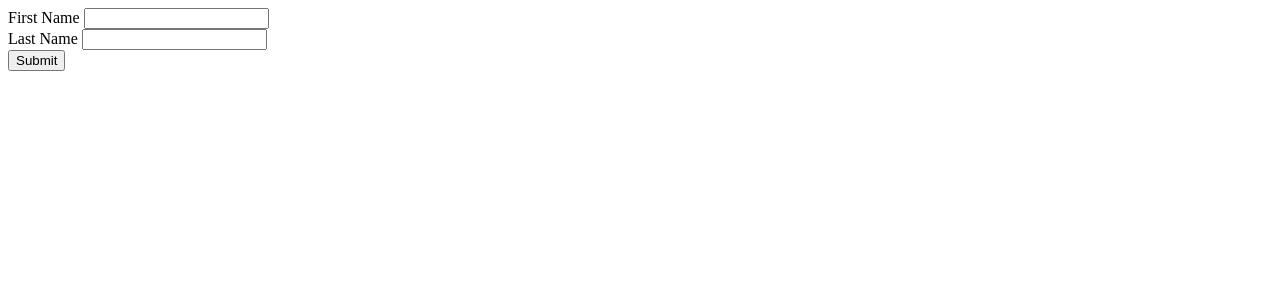
Repository: RG4025/AdvanceJava
Page: ClassWorkFeb15/src/main/webapp/GrossSalary.html
An editor plug-in stored every save of this project. The page is shown before and after a run of saves, followed by the edit.
The browser window is 1280 px wide. The pictures show the whole page.

Above is the page before, as saved 2024-02-15 07:05:47.

### ClassWorkFeb15/src/main/webapp/GrossSalary.html
<!DOCTYPE html>
<html>
<head>
<meta charset="ISO-8859-1">
<title>Insert title here</title>
</head>
<body>

		<section class=" Main bg-dark text-light h-100 w-100 d-flex justify-content-center align-items-center">

		<div class="Main2 container ">
			<form class="col-12 col-md-6" method="post" action="MainFirst">
					  <div class="mb-3">
					    <label for="exampleInputEmail1" class="form-label">First Name</label>
					    <input type="text" class="form-control" name="FName">

					  <div class="mb-3">
					    <label for="exampleInputPassword1" class="form-label">Last Name</label>
					    <input type="text" class="form-control" name="LName">
					  </div>



					  <button type="submit" class="btn btn-primary">Submit</button>
			</form>

		</div>
	</section>

</body>
</html>

After the next 2 saves:
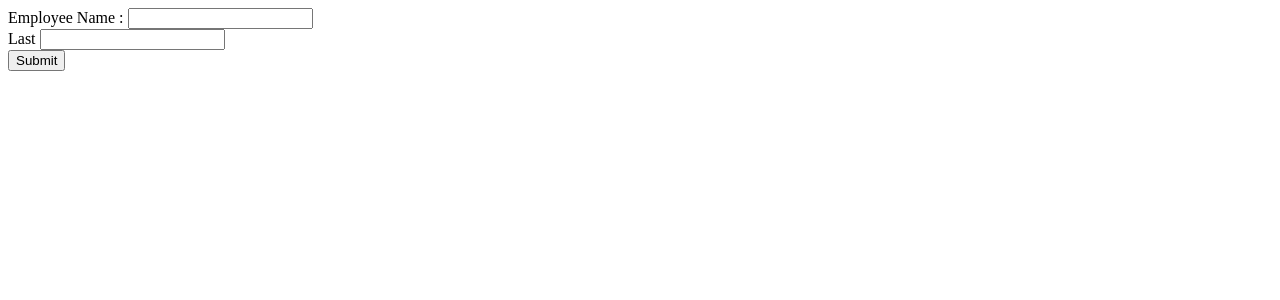
The 2 saves are shown as one change because they came seconds apart.
The last was saved 14 s later.
--- a/ClassWorkFeb15/src/main/webapp/GrossSalary.html
+++ b/ClassWorkFeb15/src/main/webapp/GrossSalary.html
@@ -11,11 +11,11 @@
 		<div class="Main2 container ">
 			<form class="col-12 col-md-6" method="post" action="MainFirst">
 					  <div class="mb-3">
-					    <label for="exampleInputEmail1" class="form-label">First Name</label>
+					    <label for="exampleInputEmail1" class="form-label">Employee Name :</label>
 					    <input type="text" class="form-control" name="FName">
 
 					  <div class="mb-3">
-					    <label for="exampleInputPassword1" class="form-label">Last Name</label>
+					    <label for="exampleInputPassword1" class="form-label">Last </label>
 					    <input type="text" class="form-control" name="LName">
 					  </div>
 
